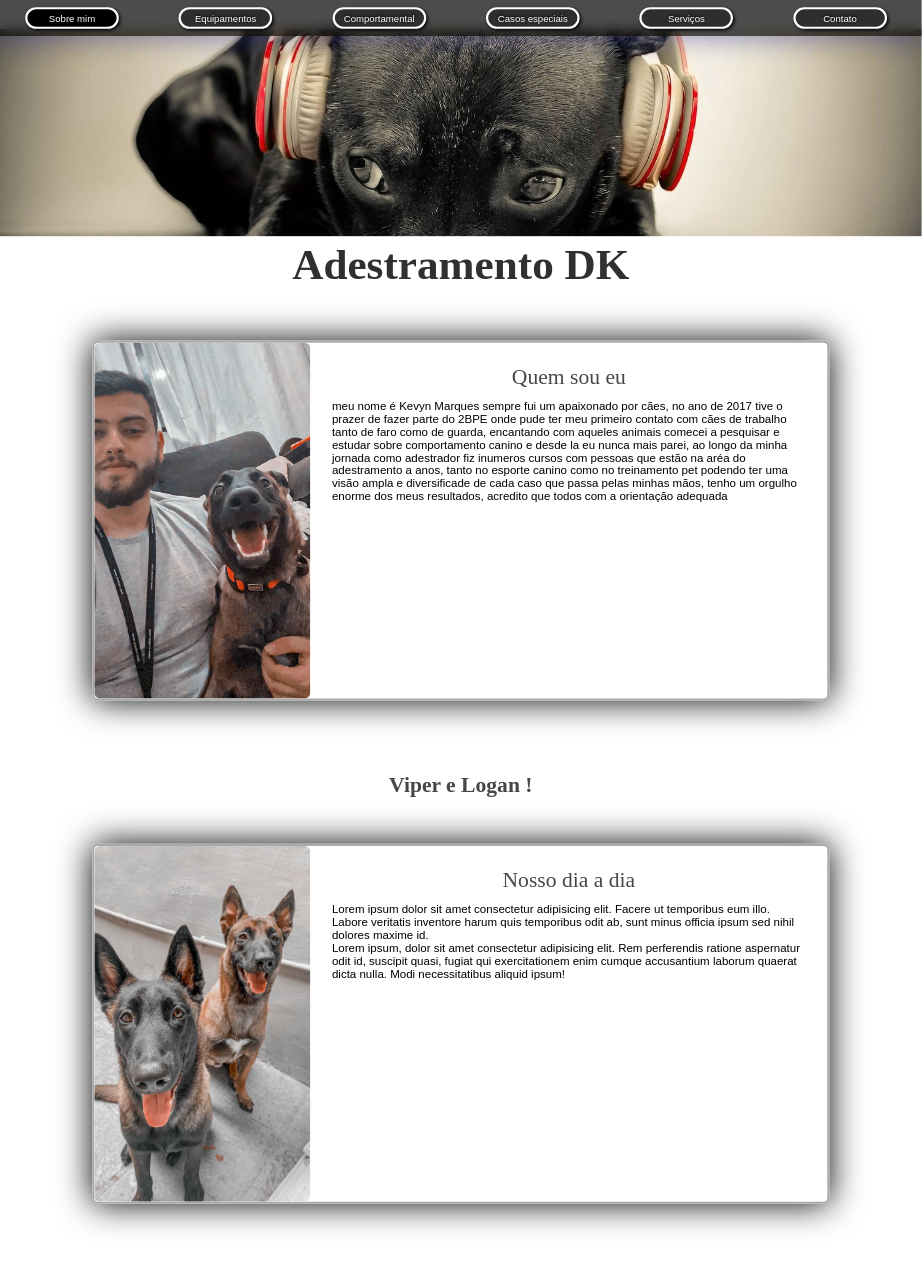
Repository: KevynMarques/Blog-React-StyledComponent
Page: /
The author's editor kept a copy of each file at every save. The page is drawn from the files as they stood at one save, then again after the next save.
The browser window is 1280 px wide. The pictures show the whole page, at 72% of full size.
The project was rebuilt for these pictures with package versions that can differ from the ones it lists, and the page was loaded fresh each time. Also part of the build but not shown: src/Components/Equipamentos/index.jsx, src/Components/Comportamental/index.jsx, src/Components/Clientes/index.jsx, src/Components/Serviços/index.jsx, src/Components/Contato/index.jsx.

Above is the page before, as saved 2022-02-21 11:52:34.

After the next save:
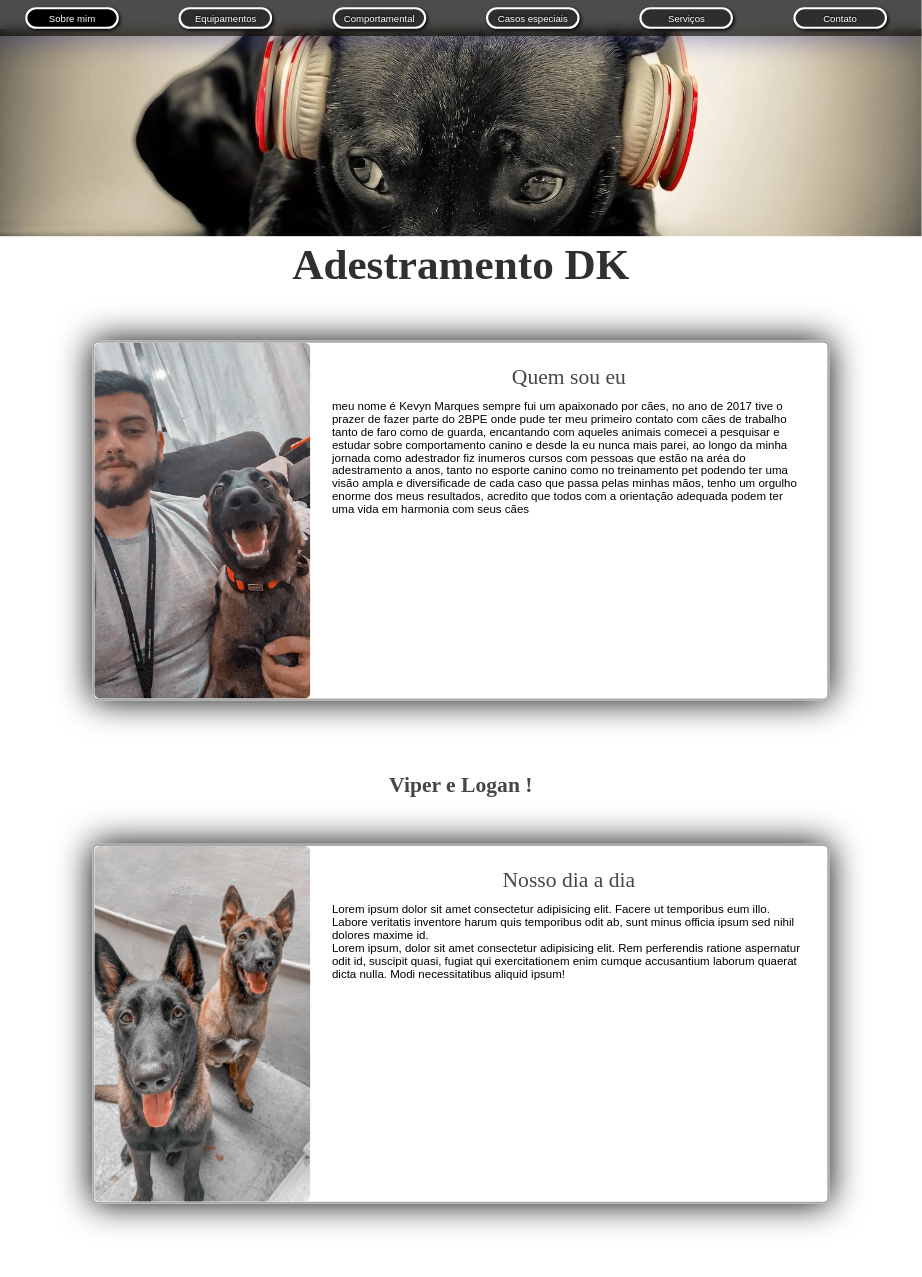
Saved 29 s later.
--- a/src/Components/Sobre/index.jsx
+++ b/src/Components/Sobre/index.jsx
@@ -27,7 +27,7 @@ export default () => {
        <Info>
        <TitleInfo>Quem sou eu</TitleInfo>
        meu nome é Kevyn Marques sempre fui um apaixonado por cães, no ano de 2017 tive o prazer
-       de fazer parte do 2BPE  onde pude ter  meu primeiro contato com cães de trabalho tanto de faro como de guarda, encantando com aqueles animais comecei a pesquisar e estudar sobre comportamento canino  e desde la eu nunca mais parei, ao longo da minha jornada como adestrador fiz inumeros cursos com pessoas que estão na aréa do adestramento a anos, tanto no esporte canino como no treinamento pet podendo ter uma visão ampla e diversificade de cada caso que passa pelas minhas mãos, tenho um orgulho enorme dos meus resultados, acredito que todos com a orientação adequada
+       de fazer parte do 2BPE  onde pude ter  meu primeiro contato com cães de trabalho tanto de faro como de guarda, encantando com aqueles animais comecei a pesquisar e estudar sobre comportamento canino  e desde la eu nunca mais parei, ao longo da minha jornada como adestrador fiz inumeros cursos com pessoas que estão na aréa do adestramento a anos, tanto no esporte canino como no treinamento pet podendo ter uma visão ampla e diversificade de cada caso que passa pelas minhas mãos, tenho um orgulho enorme dos meus resultados, acredito que todos com a orientação adequada podem ter uma vida em harmonia com seus cães
        </Info>
        </ContainerBox>
 
